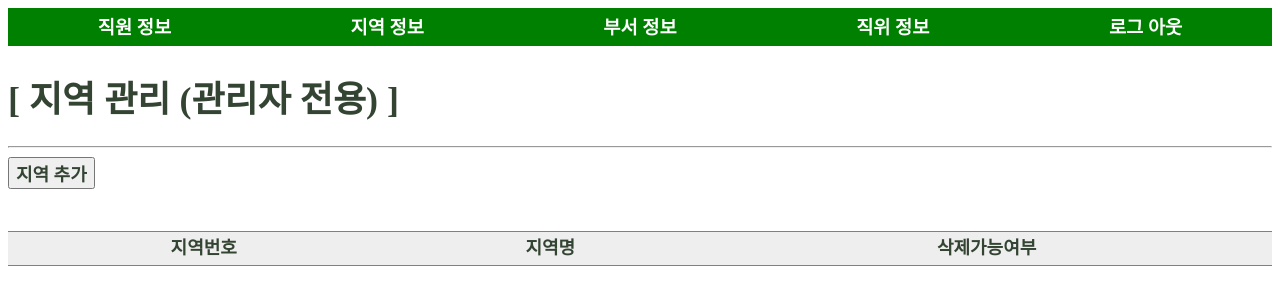
Repository: Umkimisstrong/UM_SpringMVCStudy
Page: http://localhost/mvc04/WEB-INF/view/RegionList.jsp
These files come from the project's save history. The page is drawn as it stood at one moment and after the next save; the edit follows.
The browser window is 1280 px wide. The pictures show the whole page.
The page is served by Tomcat 9. Nobody is signed in. The template is opened directly, without the code that normally fills it, so the values that code supplies are empty.

Above is the page before, as saved 2022-06-02 03:37:43.

### mvc04/WebContent/WEB-INF/view/RegionList.jsp
<%@ page contentType="text/html; charset=UTF-8"%>
<%@ taglib prefix="c" uri="http://java.sun.com/jsp/jstl/core"%>
<%@ taglib prefix="fmt" uri="http://java.sun.com/jsp/jstl/fmt"%>
<%
	request.setCharacterEncoding("UTF-8");
	String cp = request.getContextPath();
%>
<!DOCTYPE html>
<html>
<head>
<meta charset="UTF-8">
<title>RegionList.jsp</title>
<link rel="stylesheet" type="text/css" href="<%=cp %>/css/menuStyle.css">
<link rel="stylesheet" type="text/css" href="<%=cp %>/css/main.css">
<script type="text/javascript" src="http://code.jquery.com/jquery.min.js"></script>
<script type="text/javascript">

	$(function()
	{
		// 테스트
		//alert("확인");

		// 수정 버튼 클릭 시 액션
		$(".updateBtn").click(function()
		{
			//alert("수정 버튼 클릭");

			$(location).attr("href", "regionupdateform.action?regionId=" + $(this).val());
		});


		// 삭제 버튼 클릭 시 액션
		$(".deleteBtn").click(function()
		{
			//alert("삭제 버튼 클릭");

			if (confirm("현재 선택한 데이터를 정말 삭제하시겠습니까?"))
			{
				$(location).attr("href", "regionidelete.action?regionId=" + $(this).val());
				// $(location).attr(속성, URL?데이터=값);
			}
		});
	});


</script>

</head>
<body>

<!---------------------------------------------------
		 RegioniList.jsp
	- 지역 리스트 출력 페이지
	- 관리자가 접근하는 지역 데이터 출력 페이지
	  (일반 직원이 접근하는 직원 데이터 출력페이지는
	   RegList.jsp로 구성)
 ---------------------------------------------------->


<div>
	<!-- 메뉴 영역 -->
	<div>
		<c:import url="EmployeeMenu.jsp"></c:import>
	</div>

	<!-- 콘텐츠 영역 -->
	<div id="content">
		<h1>[ 지역 관리 (관리자 전용) ]</h1>
		<hr />

		<div>
			<form action="">
				<input type="button" value="지역 추가" class="btn"
				onclick="location.href='regioninsertform.action'"/>
				  <!-- onclick="location.href='EmployeeInsertForm.jsp'"/> -->

			</form>
		</div>
		<br />
		<br />
	<!-- ---------------------------------------------------
	EMPLOYEEID NAME SSN BIRTHDAY LUNAR LUNARNAME TELEPHONE
	DEPARTMENTID DEPARTMENTNAME POSITIONID POSITIONNAME
	REGIONID REGIONNAME BASICPAY EXTRAPAY PAY GRADE
	----------------------------------------------------  -->
	<table id="customers" class="table">

		<tr>
			<!-- 항목 15EA -->
			<th>지역번호</th>
			<th>지역명</th>
			<th>삭제가능여부</th>
		</tr>

	<c:forEach	var="region" items="${regionList }">
	<tr>
		<td>${region.regionId }</td>
		<td>${region.regionName }</td>
		<td>${region.delCheck==0 ? "삭제가능" : "삭제불가" }</td>
		<td>
			<button type="button" class="btn updateBtn"
		    value="${region.regionId }">수정</button>
		</td>

		<td>
			<button type="button" class="btn deleteBtn"
			value="${region.regionId }">삭제</button>
		</td>
	</tr>
	</c:forEach>

	</table>



	</div>

	<!-- 회사 소개 및 어플리케이션 소개 영역 -->
	<div id="footer">

	</div>

</div>





</body>
</html>

### mvc04/WebContent/WEB-INF/view/EmployeeMenu.jsp
<%@ page contentType="text/html; charset=UTF-8"%>
<%@ taglib prefix="c" uri="http://java.sun.com/jsp/jstl/core"%>
<%
	request.setCharacterEncoding("UTF-8");
	String cp = request.getContextPath();
%>
<!DOCTYPE html>
<html>
<head>
<meta charset="UTF-8">
<title>EmployeeMenu.jsp</title>
<link rel="stylesheet" type="text/css" href="<%=cp %>/css/menuStyle.css">
</head>
<body>

<!--------------------------------
      #13 EmployeeMenu.jsp
      - 메인 메뉴 페이지 구성
      - 로그아웃 기능 포함
 --------------------------------->
<%-- <span>${sessionScope.admin==null ? "normal" : "admin" }</span> --%>


<div id="menu">
	<ul>
		<c:choose>
			<c:when test="${sessionScope.admin==null }">
			<li>
				<a href="emplist.action" class="menu">직원 정보</a>
			</li>

			<li>
				<a href="reglist.action" class="menu">지역 정보</a>
			</li>

			<li>
				<a href="deptlist.action" class="menu">부서 정보</a>
			</li>

			<li>
				<a href="poslist.action" class="menu">직위 정보</a>
			</li>

			</c:when>
			<c:otherwise>
			<li>
				<a href="employeelist.action" class="menu">직원 관리</a>
			</li>

			<li>
				<a href="regionlist.action" class="menu">지역 관리</a>
			</li>

			<li>
				<a href="departmentlist.action" class="menu">부서 관리</a>
			</li>

			<li>
				<a href="positionlist.action" class="menu">직위 관리</a>
			</li>
			</c:otherwise>

		</c:choose>



		<li>
			<a href="logout.action" class="menu">로그 아웃</a>
		</li>
	</ul>
</div>






























</body>
</html>

### mvc04/WebContent/css/menuStyle.css
@charset "UTF-8";

/* ========================
    #14. menuStyle.css
    - 메뉴스타일 구성
======================== */

ul
{
	list-style-type: none;
	margin: 0;
	padding: 0;
	overflow: hidden;
}

li
{
	width: 20%;
	float: left;
}

a.menu:link, a.menu:visited
{
	display: block;
	font-weight: bold;
	color: #ffffff;
	background-color: #008000;
	text-align: center;
	padding: 4px;
	text-decoration: none;
	text-transform: uppercase;
	height: 30px;
	font-size: 14pt;
}

a.menu:hover, a.menu:active
{
	background-color: #ffffff;
	color: #008000;
	border: 2px solid #008000;
	border-radius: 5px;
	height: 26px;
}

### mvc04/WebContent/css/main.css
@charset "UTF-8";

/* ========================
	#16 main.css
	- 기본 스타일 지정
======================== */

body, p, div, span, input, table, th, td, select, textarea
{
	font-size: 18px;
	font-family: 맑은 고딕;
	color: #343;

}
a
{
	text-decoration: none;
	color: gray;
}

a:hover
{
	text-decoration: underline;
	color: red;

}
.table
{
	border-collapse: collapse;
	width: 100%;
}
.table th, .table td
{
	border: 1px solid gray;
	border-left: 0px;
	border-right: 0px;

	padding: 3px;
	line-height: 150%;
	text-align: center;
}


.table th
{
	font-weight: bold;
	background-color: #eee;
}

.table td
{
	font-size: 12pt;
}

.btn
{
	cursor: pointer;
	font-family: 맑은 고딕;
	font-weight: bold;
}

.btn:hover
{
	color: #ffffff;
	background-color: #008000;
}

After the next save:
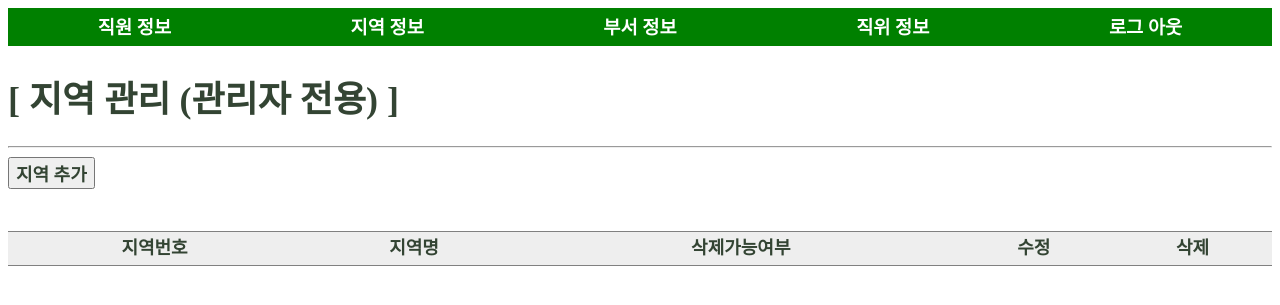
Saved 69 s later.
--- a/mvc04/WebContent/WEB-INF/view/RegionList.jsp
+++ b/mvc04/WebContent/WEB-INF/view/RegionList.jsp
@@ -90,6 +90,8 @@
 			<th>지역번호</th>
 			<th>지역명</th>
 			<th>삭제가능여부</th>
+			<th>수정</th>
+			<th>삭제</th>
 		</tr>
 
 	<c:forEach	var="region" items="${regionList }">
